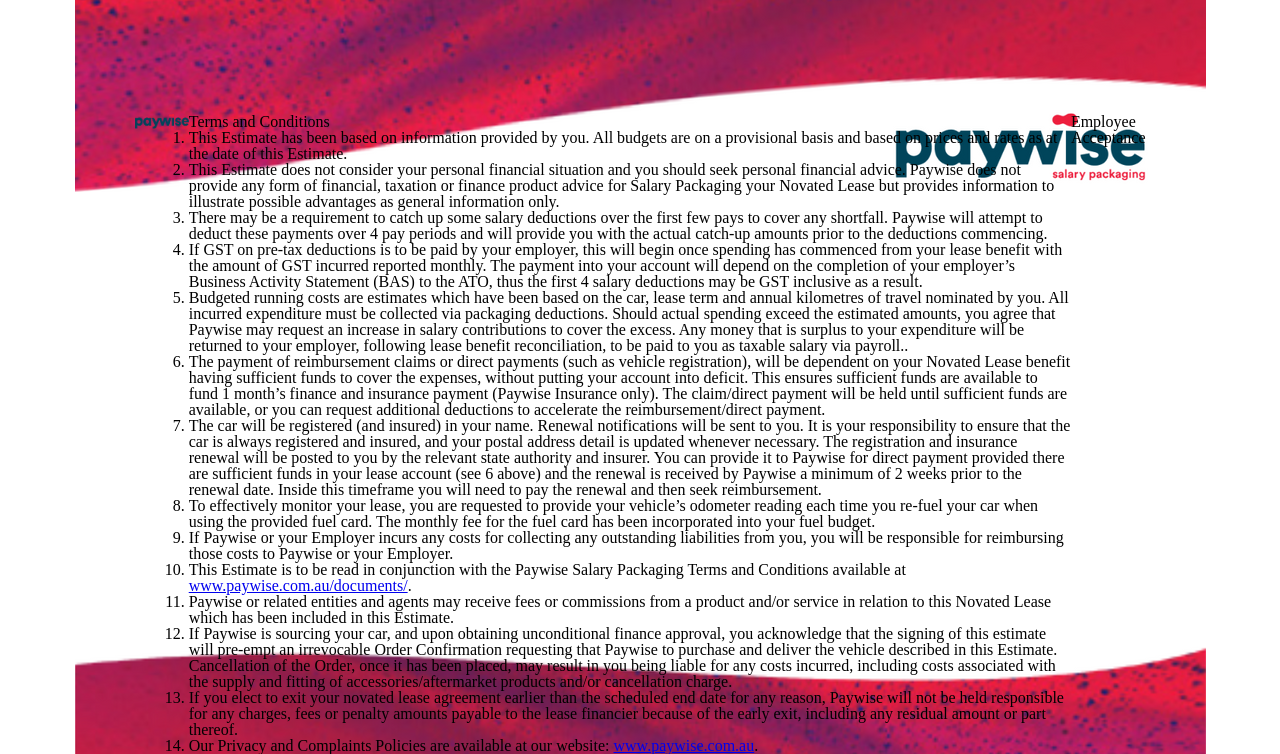
Repository: hoangtubest/novated-phong
Page: 4.html
The author's editor kept a copy of each file at every save. The page is drawn from the files as they stood at one save, then again after a run of saves.
The browser window is 1280 px wide. The pictures show the whole page.
The style sheet was rebuilt from its Sass, Less or Tailwind sources for each picture, by a compiler version that may differ from the author's.

Above is the page before, as saved 2023-10-18 13:39:43.

After the next 2 saves:
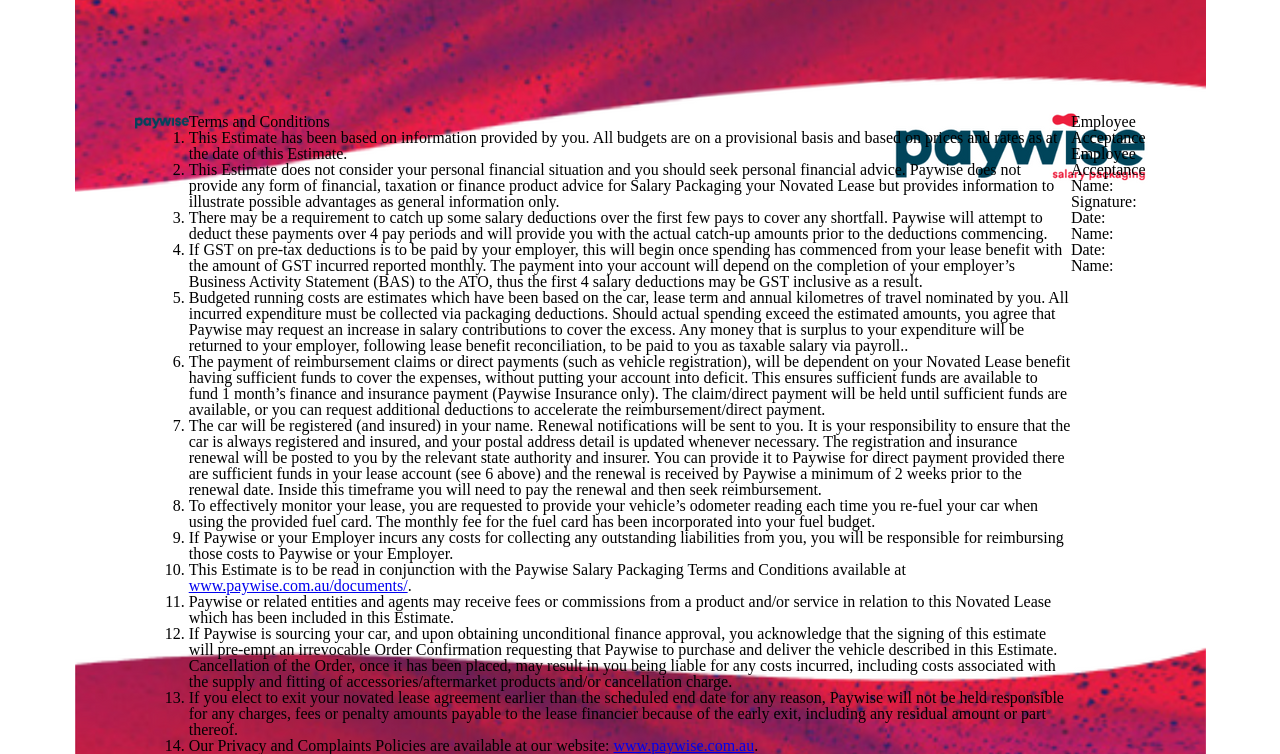
The 2 saves are shown as one change because they came seconds apart.
The last was saved 98 s later.
--- a/4.html
+++ b/4.html
@@ -41,6 +41,39 @@
         <div class="pw-4-employee">
           <div class="pw-4-employee__title">
             <h2>Employee Acceptance</h2>
+            <h2>Employee Acceptance</h2>
+          </div>
+          <div class="pw-4-employee__content">
+            <div class="pw-4-employee__row">
+              <div class="pw-4-employee__col">
+                <dl>
+                  <dt>Name<span>:</span></dt>
+                  <dd></dd>
+                </dl>
+                <dl>
+                  <dt>Signature<span>:</span></dt>
+                  <dd></dd>
+                </dl>
+                <dl>
+                  <dt>Date<span>:</span></dt>
+                  <dd></dd>
+                </dl>
+              </div>
+              <div class="pw-4-employee__col">
+                <dl>
+                  <dt>Name<span>:</span></dt>
+                  <dd></dd>
+                </dl>
+                <dl>
+                  <dt>Date<span>:</span></dt>
+                  <dd></dd>
+                </dl>
+                <dl>
+                  <dt>Name<span>:</span></dt>
+                  <dd></dd>
+                </dl>
+              </div>
+            </div>
           </div>
         </div>
       </div>
